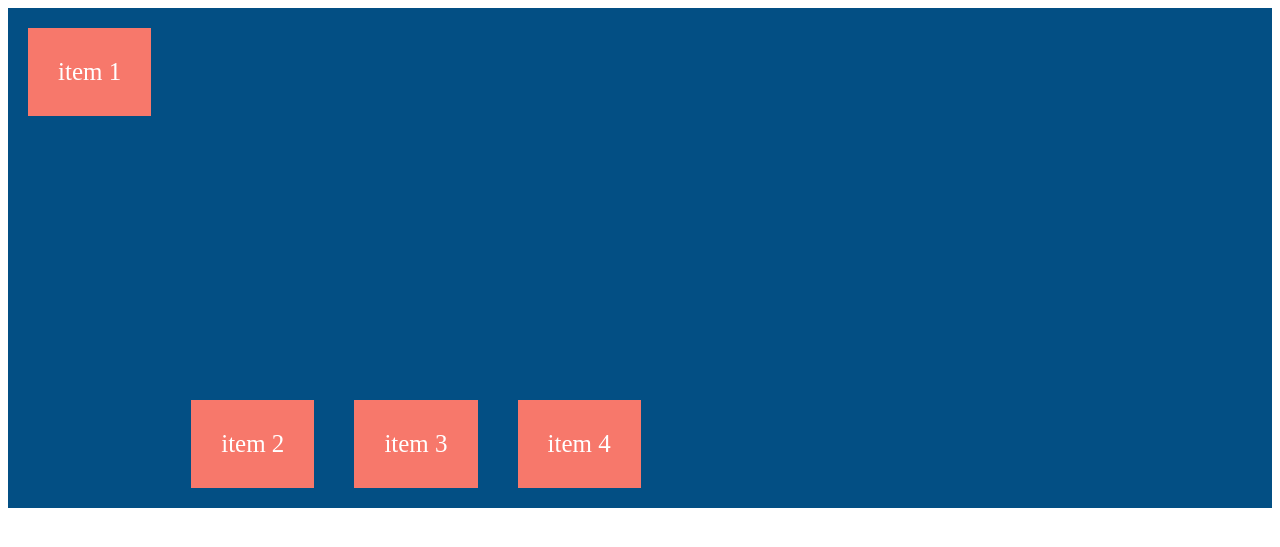
Repository: mehmetbuber38/flex
Page: flex-item-alignments.html
An editor plug-in stored every save of this project. The page is shown before and after the next save, followed by the edit.
The browser window is 1280 px wide. The pictures show the whole page.

Above is the page before, as saved 2022-01-31 20:22:39.

After the next save:
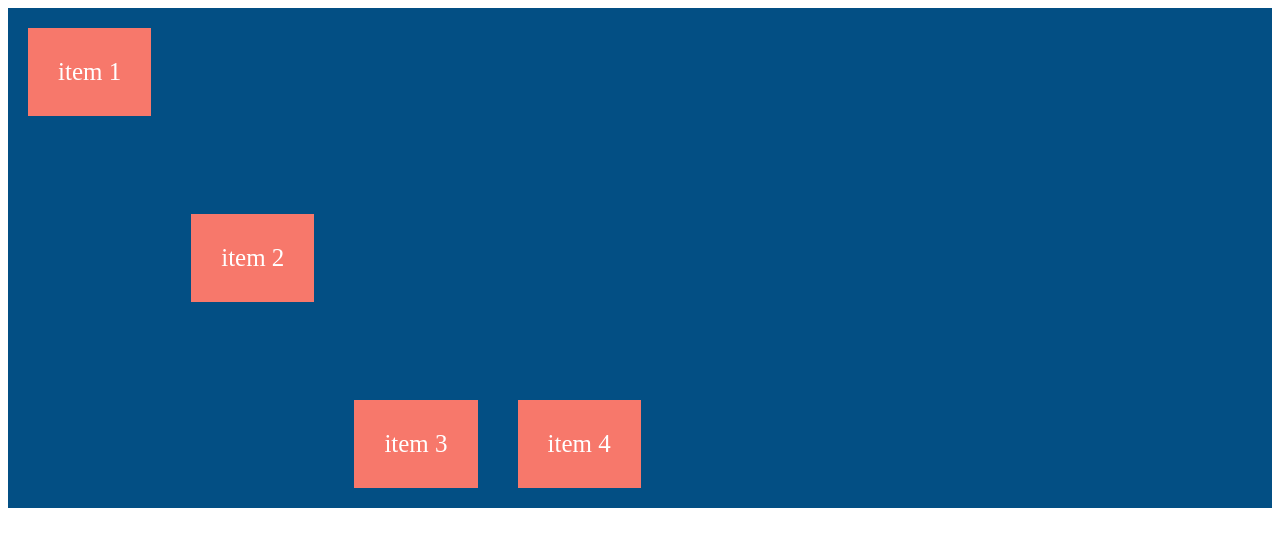
Saved 12 s later.
--- a/flex-item-alignments.html
+++ b/flex-item-alignments.html
@@ -30,6 +30,10 @@
         align-self: flex-start;
     }
 
+    .item-2 {
+        align-self: center;
+    }
+
     .item {
         background-color: #f7786b;
         padding: 30px;
